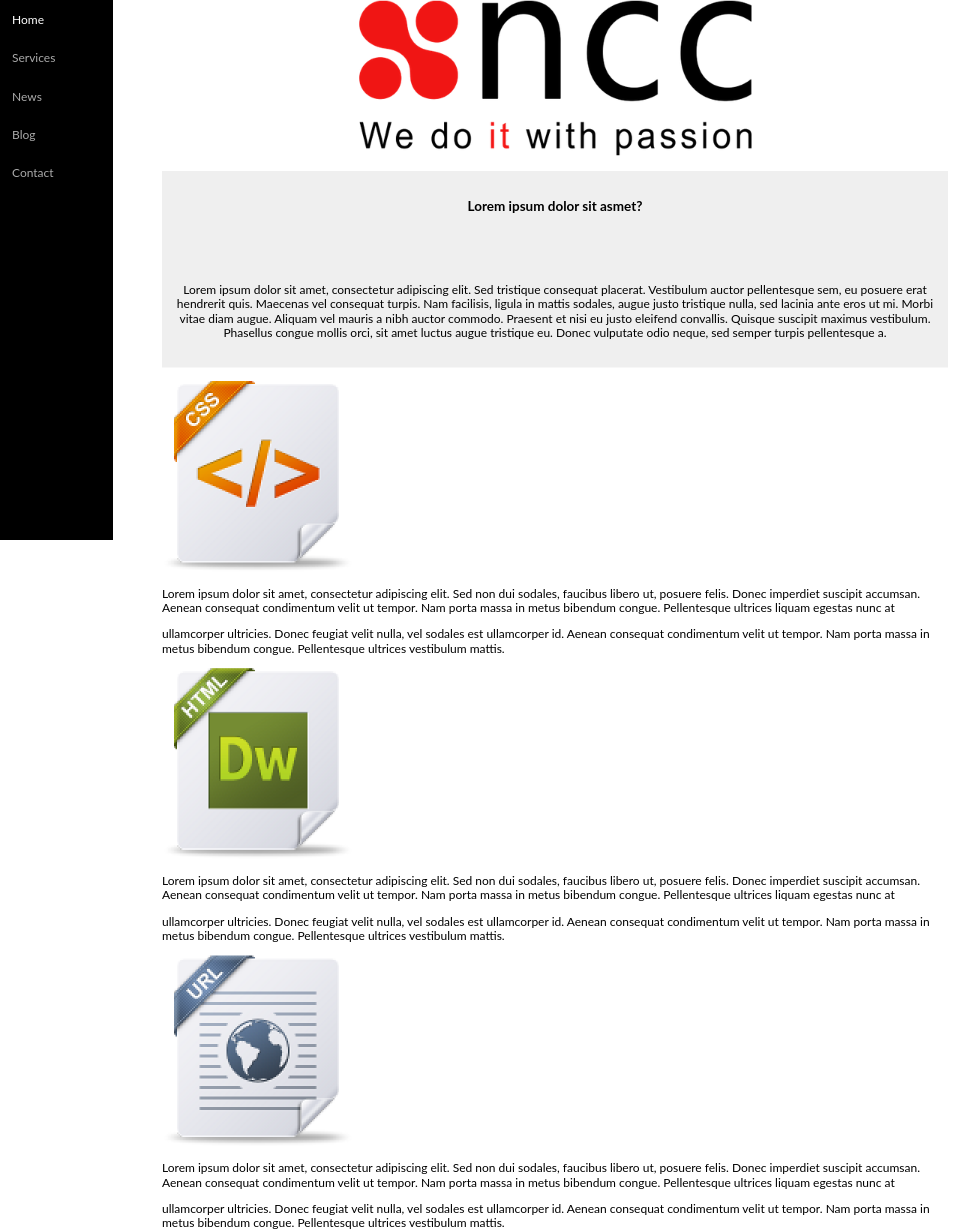
Repository: Chicken2k/testpv
Page: testpv.html
These files come from the project's save history. The page is drawn as it stood at one moment and after the next save; the edit follows.
The browser window is 1280 px wide. The pictures show the whole page, at 75% of full size.

Above is the page before, as saved 2022-05-09 17:42:29.

### testpv.html
<!DOCTYPE html>
<html lang="en">

<head>
  <meta charset="UTF-8">
  <meta http-equiv="X-UA-Compatible" content="IE=edge">
  <meta name="viewport" content="width=device-width, initial-scale=1.0">
  <title>Test Pv</title>
  <link rel="stylesheet" href="./testpv.css">
</head>

<body>
  <!-- Page Content -->
  <div class="sidebar">
    <a class="active" href="#home">Home</a>
    <a class="mau_sidebar" href="#news">Services</a>
    <a class="mau_sidebar" href="#news">News</a>
    <a class="mau_sidebar" href="#contact">Blog</a>
    <a class="mau_sidebar" href="#about">Contact</a>
  </div>

  <div class="content">
    <div class="anh1"><img src="./img/279228104_1352489911904387_625900338188127808_n.png" alt="anh1"></div>
    <div class="phan2">
      <p class="p1">Lorem ipsum dolor sit asmet?</p>
      <p class="p2">
        Lorem ipsum dolor sit amet, consectetur adipiscing elit. Sed tristique consequat placerat. Vestibulum auctor
        pellentesque sem, eu posuere erat hendrerit quis. Maecenas vel consequat turpis. Nam facilisis, ligula in mattis
        sodales, augue justo tristique nulla, sed lacinia ante eros ut mi. Morbi vitae diam augue. Aliquam vel mauris a
        nibh auctor commodo. Praesent et nisi eu justo eleifend convallis. Quisque suscipit maximus vestibulum.
        Phasellus congue mollis orci, sit amet luctus augue tristique eu. Donec vulputate odio neque, sed semper turpis
        pellentesque a.
      </p>

    </div>
    <div>
      <div class="item1">
        <img src="./img/279432721_801750327865380_1720542181196649752_n.png" alt="anh2">
        <p>Lorem ipsum dolor sit amet, consectetur adipiscing elit. Sed non dui sodales, faucibus libero ut, posuere
          felis. Donec imperdiet suscipit accumsan. Aenean consequat condimentum velit ut tempor. Nam porta massa in
          metus bibendum congue. Pellentesque ultrices liquam egestas nunc at </p>
        <p>ullamcorper ultricies. Donec feugiat velit nulla, vel sodales est ullamcorper id. Aenean consequat
          condimentum velit ut tempor. Nam porta massa in metus bibendum congue. Pellentesque ultrices vestibulum
          mattis.</p>
      </div>
      <div class="item2">
        <img src="./img/280085061_1138122106748367_1606742270208814597_n.png" alt="anh3">
        <p>Lorem ipsum dolor sit amet, consectetur adipiscing elit. Sed non dui sodales, faucibus libero ut, posuere
          felis. Donec imperdiet suscipit accumsan. Aenean consequat condimentum velit ut tempor. Nam porta massa in
          metus bibendum congue. Pellentesque ultrices liquam egestas nunc at </p>
        <p>ullamcorper ultricies. Donec feugiat velit nulla, vel sodales est ullamcorper id. Aenean consequat
          condimentum velit ut tempor. Nam porta massa in metus bibendum congue. Pellentesque ultrices vestibulum
          mattis.</p>
      </div>
      <div class="item3">
        <img src="./img/279236302_307050408266746_3476048560508210445_n.png" alt="anh4">
        <p>Lorem ipsum dolor sit amet, consectetur adipiscing elit. Sed non dui sodales, faucibus libero ut, posuere
          felis. Donec imperdiet suscipit accumsan. Aenean consequat condimentum velit ut tempor. Nam porta massa in
          metus bibendum congue. Pellentesque ultrices liquam egestas nunc at </p>
        <p>ullamcorper ultricies. Donec feugiat velit nulla, vel sodales est ullamcorper id. Aenean consequat
          condimentum velit ut tempor. Nam porta massa in metus bibendum congue. Pellentesque ultrices vestibulum
          mattis.</p>
      </div>
    </div>
  </div>


</body>

</html>

### testpv.css
body {
  margin: 0;
  font-family: "Lato", sans-serif;
}

.sidebar {
  margin: 0;
  padding: 0;
  width: 150px;
  background-color: black;
  position: fixed;
  height: 100%;
  overflow: auto;

}

.sidebar a {
  display: block;
  color: #AAAAAA;
  padding: 16px;
  text-decoration: none;
}

.sidebar a.active {

  color: white;
}

.sidebar a:hover:not(.active) {
  background-color: #555;
  color: white;
}

div.content {
  margin-left: 200px;
  padding: 1px 16px;
  height: 1000px;
}
.anh1{
  text-align: center;


}
.phan2{
  background-color:#EFEFEF ;
  text-align: center;

}
.p1{
  padding: 35px 10px;
  font-size: 18px;
  font-weight:700 ;
}
.p2{
  padding:   38px 10px;
}

@media screen and (max-width: 700px) {
  .sidebar {
    width: 100%;
    height: auto;
    position: relative;
  }
  .sidebar a {float: left;}
  div.content {margin-left: 0;}
}

@media screen and (max-width: 400px) {
  .sidebar a {
    text-align: center;
    float: none;
  }
}

After the next save:
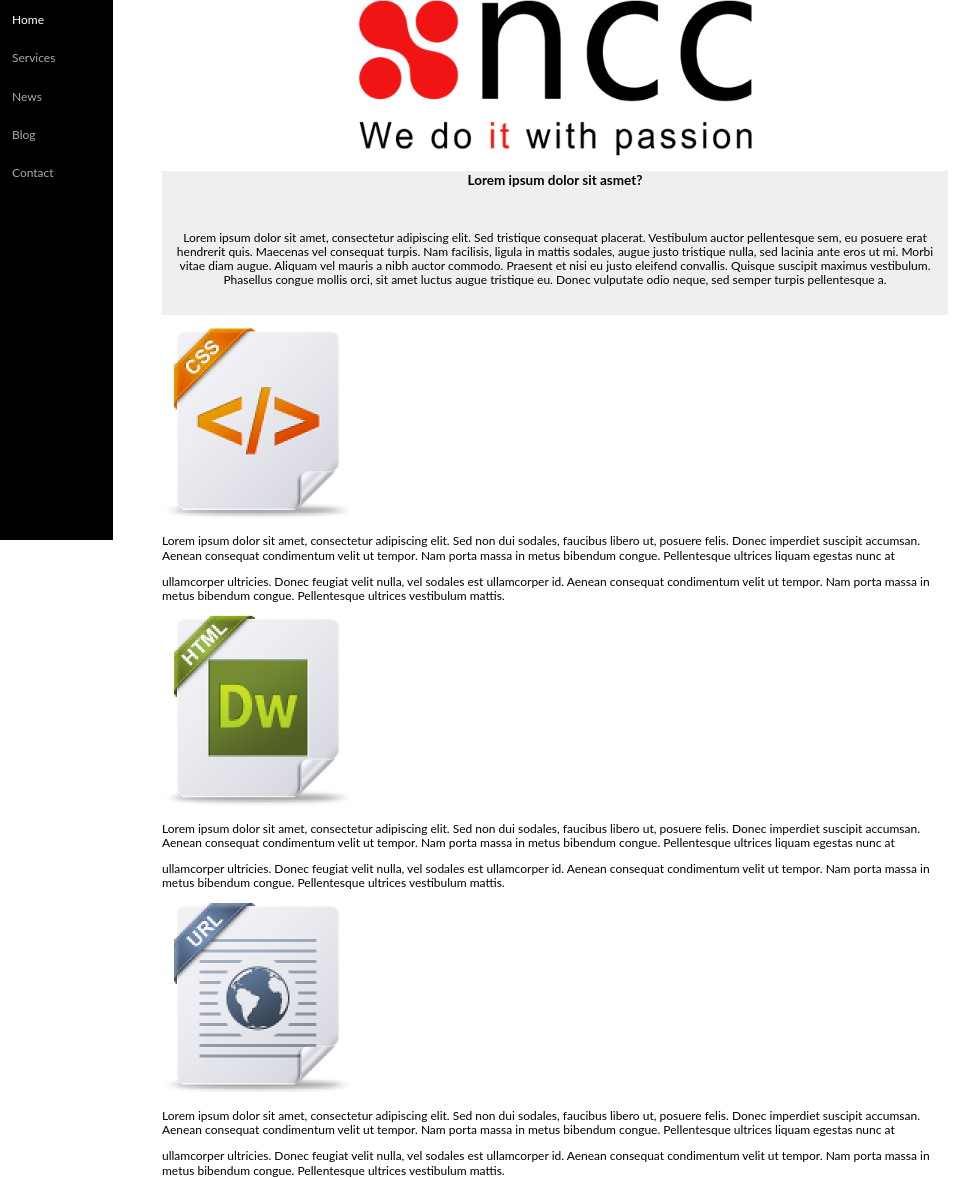
Saved 13 s later.
--- a/testpv.css
+++ b/testpv.css
@@ -47,7 +47,7 @@
 
 }
 .p1{
-  padding: 35px 10px;
+  padding-: 35px 10px;
   font-size: 18px;
   font-weight:700 ;
 }
